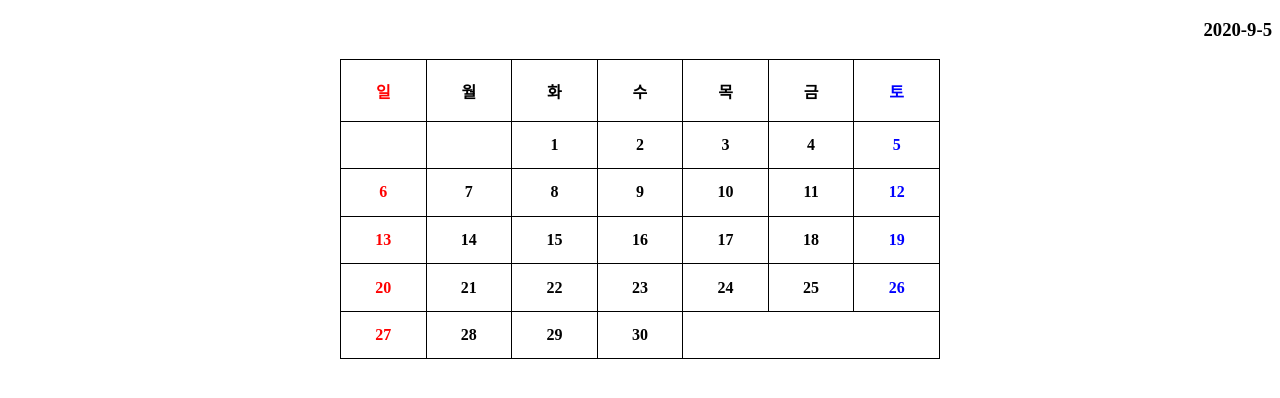
Repository: gyungmean/2020_2_webProgramming
Page: http://localhost/week6/Practice19/Practice19.jsp
An editor plug-in stored every save of this project. The page is shown before and after the next save, followed by the edit.
The browser window is 1280 px wide. The pictures show the whole page.
The page is served by Tomcat 9.

Above is the page before, as saved 2020-10-26 14:04:19.

After the next save:
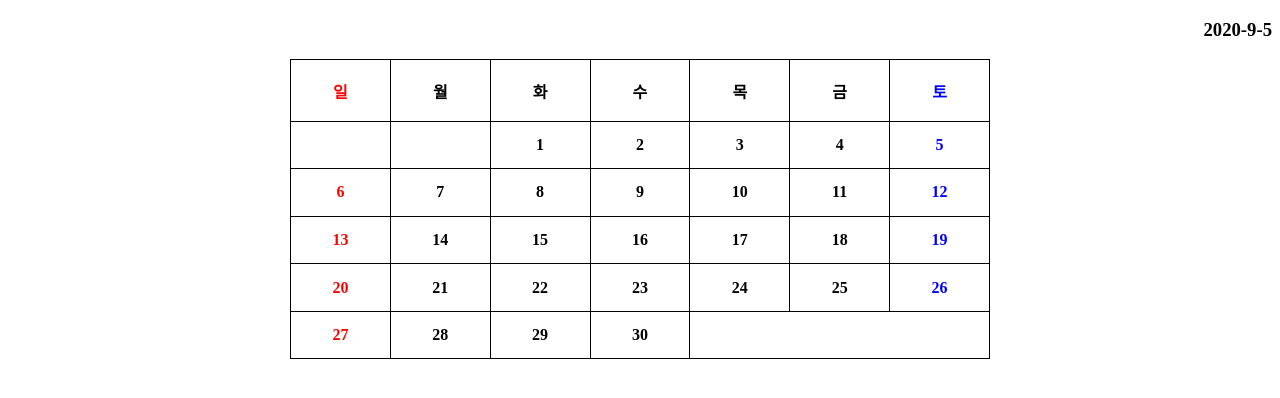
Saved 5 s later.
--- a/week6/week6/WebContent/Practice19/Practice19.jsp
+++ b/week6/week6/WebContent/Practice19/Practice19.jsp
@@ -8,7 +8,7 @@
 <title>calendar.jsp</title>
 <style>
 	table.cal {
-		width: 600px;
+		width: 700px;
 	    height: 300px;
 	    border: 1px solid black;
 	    border-collapse: collapse;
